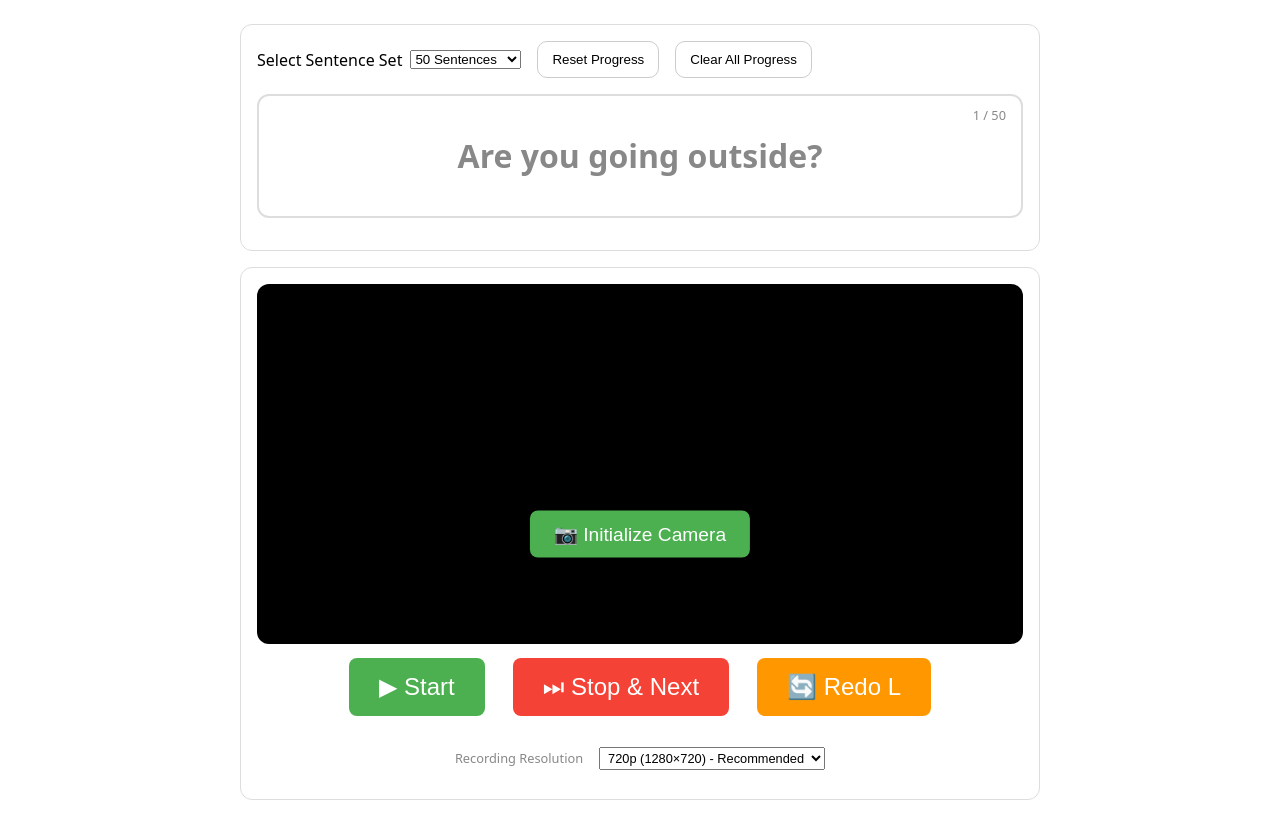
Repository: video2speech/video2speech.github.io
Page: index.html
These files come from the project's save history. The page is drawn as it stood at one moment and after a run of saves; the edit follows.
The browser window is 1280 px wide. The pictures show the whole page.

Above is the page before, as saved 2025-09-04 12:33:18.

After the next 2 saves:
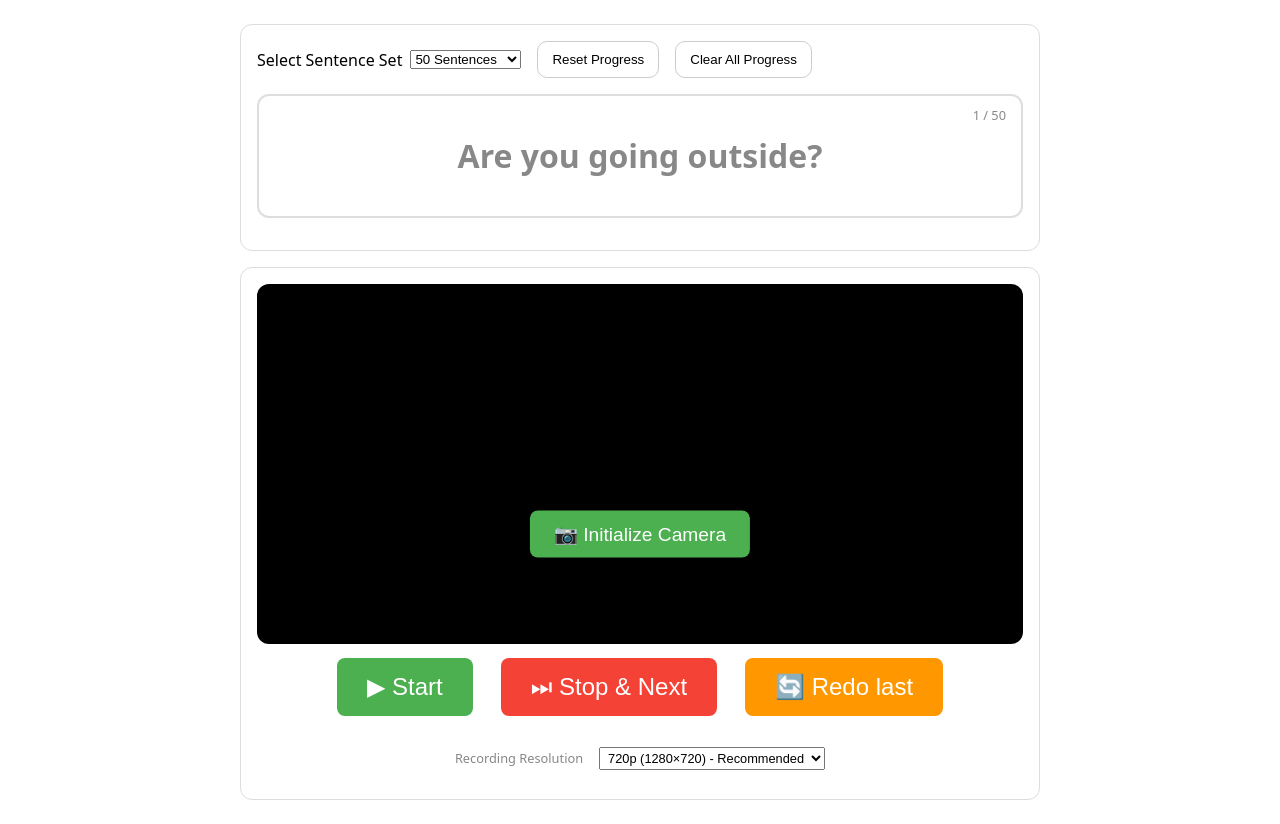
The 2 saves are shown as one change because they came seconds apart.
The last was saved 3 s later.
--- a/index.html
+++ b/index.html
@@ -66,7 +66,7 @@
     <div class="row" style="margin-top:8px; justify-content: center;">
       <button id="start" style="font-size: 1.5rem; padding: 15px 30px; background: #4CAF50; color: white; border: none; border-radius: 8px; cursor: pointer; margin: 0 10px;">▶ Start</button>
       <button id="stop" style="font-size: 1.5rem; padding: 15px 30px; background: #f44336; color: white; border: none; border-radius: 8px; cursor: pointer; margin: 0 10px;">⏭ Stop & Next</button>
-      <button id="redo" style="font-size: 1.5rem; padding: 15px 30px; background: #FF9800; color: white; border: none; border-radius: 8px; cursor: pointer; margin: 0 10px;">🔄 Redo L</button>
+      <button id="redo" style="font-size: 1.5rem; padding: 15px 30px; background: #FF9800; color: white; border: none; border-radius: 8px; cursor: pointer; margin: 0 10px;">🔄 Redo last</button>
     </div>
     <div class="row" style="margin-top:8px; justify-content: center;">
       <button id="downloadAll" style="font-size: 1.5rem; padding: 15px 30px; background: #2196F3; color: white; border: none; border-radius: 8px; cursor: pointer; margin: 0 10px; display:none">💾 SAVE ALL</button>
